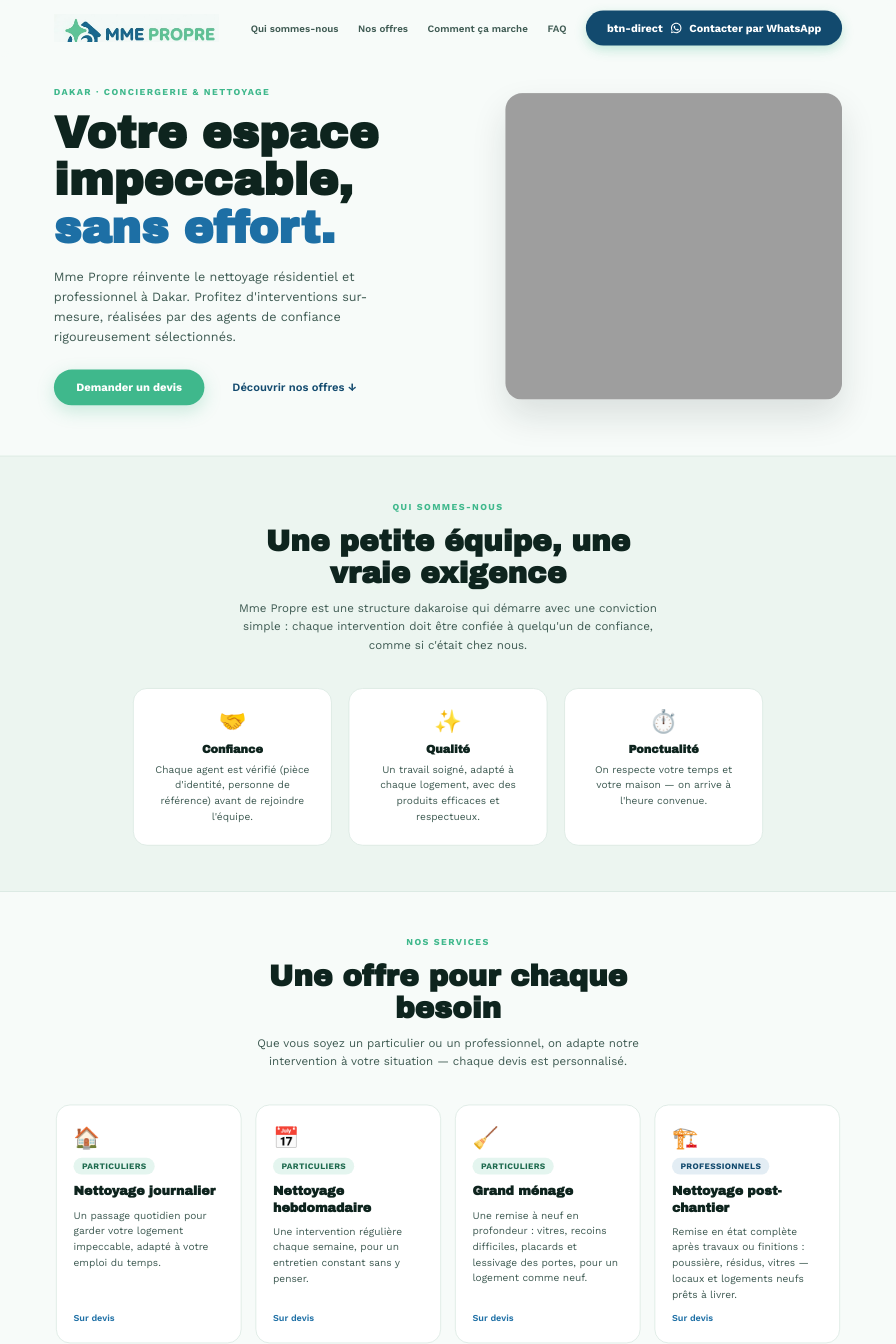
Repository: AntaaaKD/Mme-Propre
Page: index.html
An editor plug-in stored every save of this project. The page is shown before and after a run of saves, followed by the edit.
The browser window is 1280 px wide. The pictures show the part of the page from y = 0 to 1920 px (the page is 4395 px tall), at 70% of full size.
Pictures or frames that could not be fetched are drawn as grey boxes.

Above is the page before, as saved 2026-07-29 00:49:35.

### index.html
<!DOCTYPE html>
<html lang="fr">
<head>
<meta charset="UTF-8">
<meta name="viewport" content="width=device-width, initial-scale=1.0">
<title>Mme Propre — La propreté de votre demeure, en un clic</title>
<meta name="description" content="Nettoyage résidentiel et professionnel à Dakar : particuliers, bureaux, post-chantier. Agents de confiance, devis gratuit sous 24h.">

<!-- Aperçu de lien (WhatsApp, Facebook, etc.) -->
<meta property="og:type" content="website">
<meta property="og:title" content="Mme Propre — La propreté de votre demeure, en un clic">
<meta property="og:description" content="Nettoyage résidentiel et professionnel à Dakar : particuliers, bureaux, post-chantier. Agents de confiance, devis gratuit sous 24h.">
<meta property="og:image" content="https://images.unsplash.com/photo-1758272421751-963195322eaa?w=1200&auto=format&fit=crop&q=80">
<!-- ⚠️ Remplacer par l'URL réelle une fois le site déployé sur Netlify -->
<meta property="og:url" content="https://mme-propre.netlify.app/">
<meta name="twitter:card" content="summary_large_image">
<link rel="icon" type="image/png" href="data:[embedded picture, 38990 characters]">
<link rel="preconnect" href="https://fonts.googleapis.com">
<link rel="preconnect" href="https://fonts.gstatic.com" crossorigin>
<link href="https://fonts.googleapis.com/css2?family=Archivo+Black&family=Work+Sans:wght@400;500;600;700&display=swap" rel="stylesheet">

<!-- Sécurité : Cloudflare Turnstile -->
<script src="https://challenges.cloudflare.com/turnstile/v0/api.js" async defer></script>

<style>
  :root{
    --surface:#F7FBF9;
    --surface-2:#ECF5F0;
    --ink:#0E241E;
    --ink-soft:#3E5A52;
    --blue:#1D6FA5;
    --blue-deep:#124A6E;
    --mint:#3FB88C;
    --lemon:#F2C230;
    --line:#D6E6DE;
    --display:"Archivo Black", sans-serif;
    --body:"Work Sans", sans-serif;
  }
  *{box-sizing:border-box;}
  body{margin:0;padding:0;background:var(--surface);color:var(--ink);font-family:var(--body);}
  a{color:inherit;}
  section{scroll-margin-top:20px;}

  header{
    display:flex;align-items:center;justify-content:space-between;
    padding:15px 6vw;position:sticky;top:0;background:rgba(247,251,249,0.9);
    backdrop-filter:blur(6px);z-index:20;border-bottom:1px solid transparent;
  }
  .logo{display:flex;align-items:center;}
  .logo img{height:40px;width:auto;display:block;}
  nav{display:flex;align-items:center;gap:28px;}
  nav a.nav-link{font-size:14px;font-weight:600;color:var(--ink-soft);text-decoration:none;}
  .header-cta{
    font-size:14px;font-weight:700;color:#fff;background:var(--blue-deep);
    border-radius:999px;padding:11px 22px;text-decoration:none;
    transition:transform .15s ease;
  }
  .header-cta:hover{transform:translateY(-2px);}
  .header-cta-wa{
  display:inline-flex;align-items:center;gap:8px;background:var(--mint);
  box-shadow:0 6px 16px rgba(63,184,140,0.3);
}
.header-cta-wa:hover{box-shadow:0 10px 22px rgba(63,184,140,0.45);}
  @media (max-width:760px){ nav a.nav-link{display:none;} }

  .hero{position:relative;padding:6vh 6vw 10vh;overflow:hidden;}
  .hero-grid{position:relative;z-index:2;display:grid;grid-template-columns:1.1fr 0.9fr;gap:56px;align-items:center;}
  @media (max-width:860px){.hero-grid{grid-template-columns:1fr;gap:40px;} .hero-image{max-height:320px;}}
  .hero-image{position:relative;border-radius:24px;overflow:hidden;box-shadow:0 24px 50px rgba(14,36,30,0.12);aspect-ratio:1.1;}
  .hero-image img{width:100%;height:100%;object-fit:cover;display:block;}
  .eyebrow{font-size:13px;font-weight:700;letter-spacing:2px;text-transform:uppercase;color:var(--mint);margin-bottom:18px;}
  h1{font-family:var(--display);font-size:clamp(36px,5.5vw,64px);line-height:1.05;margin:0 0 22px;max-width:15ch;}
  h1 .accent{color:var(--blue);}
  .hero p.lead{font-size:18px;color:var(--ink-soft);max-width:46ch;line-height:1.6;margin:0 0 32px;}
  .hero-ctas{display:flex;gap:16px;align-items:center;flex-wrap:wrap;}
  .btn-primary{
    background:var(--mint);color:#fff;font-weight:700;padding:16px 32px;
    border-radius:999px;box-shadow:0 8px 24px rgba(63,184,140,0.25);text-decoration:none;
    transition:transform .2s ease, box-shadow .2s ease;
  }
  .btn-primary:hover{transform:translateY(-2px);box-shadow:0 12px 28px rgba(63,184,140,0.4);}
  .btn-secondary{font-weight:600;color:var(--blue-deep);padding:16px 24px;text-decoration:none;}

  .section{padding:9vh 6vw;}
  .section.alt{background:var(--surface-2);border-top:1px solid var(--line);border-bottom:1px solid var(--line);}
  .section-head{max-width:640px;margin:0 auto 48px;text-align:center;}
  .section-head .eyebrow{justify-content:center;display:flex;}
  .section-head h2{font-family:var(--display);font-size:clamp(28px,3.6vw,42px);margin:0 0 14px;}
  .section-head p{color:var(--ink-soft);font-size:16.5px;line-height:1.6;margin:0;}

    /* ---------- Qui sommes-nous / Valeurs ---------- */
  .values-grid{max-width:900px;margin:0 auto;display:grid;grid-template-columns:repeat(3,1fr);gap:24px;}
  @media (max-width:760px){.values-grid{grid-template-columns:1fr;}}
  .value-card{
    background:#fff;border:1.5px solid var(--line);border-radius:20px;padding:28px 24px;
    text-align:center;transition:transform .18s ease, box-shadow .18s ease;
  }
  .value-card:hover{transform:translateY(-4px);box-shadow:0 16px 32px rgba(14,36,30,0.08);}
  .value-icon{font-size:32px;display:block;margin-bottom:12px;}
  .value-card h4{font-family:var(--display);font-size:16px;margin:0 0 10px;}
  .value-card p{color:var(--ink-soft);font-size:14.5px;line-height:1.55;margin:0;}


  .offers{max-width:1120px;margin:0 auto;display:grid;grid-template-columns:repeat(4,1fr);gap:20px;}
  @media (max-width:980px){.offers{grid-template-columns:repeat(2,1fr);}}
  @media (max-width:560px){.offers{grid-template-columns:1fr;}}
  .offer-card{
    background:#fff;border:1.5px solid var(--line);border-radius:20px;padding:28px 24px;
    display:flex;flex-direction:column;gap:12px;transition:transform .18s ease, box-shadow .18s ease;
  }
  .offer-card:hover{transform:translateY(-4px);box-shadow:0 16px 32px rgba(14,36,30,0.08);}
  .offer-card .emoji{font-size:30px;}
  .offer-card h3{font-family:var(--display);font-size:18px;margin:0;line-height:1.3;}
  .offer-card p{color:var(--ink-soft);font-size:14.5px;line-height:1.55;margin:0;flex:1;}
  .offer-tag{
    align-self:flex-start;font-size:12px;font-weight:700;letter-spacing:0.5px;text-transform:uppercase;
    padding:5px 12px;border-radius:999px;
  }
  .tag-domicile{background:rgba(63,184,140,0.14);color:#1f6b4f;}
  .tag-pro{background:rgba(29,111,165,0.12);color:var(--blue-deep);}
  .offer-quote{font-size:13px;font-weight:600;color:var(--blue);margin-top:2px;}

  .steps{max-width:900px;margin:0 auto;display:grid;grid-template-columns:repeat(3,1fr);gap:28px;}
  @media (max-width:760px){.steps{grid-template-columns:1fr;}}
  .step{text-align:center;}
  .step-num{
    width:44px;height:44px;border-radius:50%;background:var(--blue-deep);color:#fff;
    display:flex;align-items:center;justify-content:center;font-family:var(--display);font-size:17px;
    margin:0 auto 16px;
  }
  .step h4{font-family:var(--display);font-size:17px;margin:0 0 8px;}
  .step p{color:var(--ink-soft);font-size:14.5px;line-height:1.55;margin:0;}

  .form-wrap{max-width:760px;margin:0 auto;background:#fff;border:1.5px solid var(--line);border-radius:24px;padding:44px 40px;}
  @media (max-width:600px){.form-wrap{padding:32px 22px;}}
  .grid{display:grid;grid-template-columns:1fr 1fr;gap:16px;}
  @media (max-width:680px){.grid{grid-template-columns:1fr;}}
  .field{display:flex;flex-direction:column;gap:6px;}
  .field.full{grid-column:1/-1;}
  label{font-size:13px;font-weight:600;color:var(--ink-soft);}
  input,select,textarea{
    font-family:var(--body);font-size:15px;border:1.5px solid var(--line);border-radius:12px;
    padding:13px 15px;background:#fff;color:var(--ink);outline:none;transition:border-color .18s ease;
  }
  input:focus,select:focus,textarea:focus{border-color:var(--blue);}
  textarea{resize:vertical;min-height:90px;}

  .security-row { margin-top: 10px; display: flex; justify-content: center; width: 100%; }

  .submit-row{margin-top:20px;display:flex;align-items:center;gap:16px;flex-wrap:wrap;}
  .btn-whatsapp{
    display:inline-flex;align-items:center;gap:10px;background:var(--mint);color:#fff;border:none;
    border-radius:999px;padding:15px 26px;font-family:var(--body);font-weight:700;font-size:15px;cursor:pointer;
    transition:transform .15s ease, box-shadow .15s ease;
  }
  .btn-whatsapp:hover{transform:translateY(-2px);box-shadow:0 8px 22px rgba(63,184,140,0.35);}
  .btn-whatsapp:disabled{opacity:0.6;cursor:not-allowed;transform:none;}
  .btn-whatsapp-outline{
    display:inline-flex;align-items:center;gap:10px;background:#fff;color:var(--ink);border:1.5px solid var(--line);
    border-radius:999px;padding:14px 24px;font-family:var(--body);font-weight:700;font-size:14.5px;cursor:pointer;
    transition:transform .15s ease, border-color .15s ease;
  }
  .btn-whatsapp-outline:hover{transform:translateY(-2px);border-color:var(--mint);}
  .hint{font-size:13px;color:var(--ink-soft);}
  .privacy-note{font-size:12.5px;color:var(--ink-soft);margin-top:10px;line-height:1.5;}
  .hp-field{position:absolute;left:-9999px;top:-9999px;height:0;width:0;overflow:hidden;}

  .direct{padding:8vh 6vw;text-align:center;}

  /* ---------- FAQ ---------- */
  .faq-list{max-width:760px;margin:0 auto;display:flex;flex-direction:column;gap:14px;}
  .faq-item{
    background:#fff;border:1.5px solid var(--line);border-radius:16px;
    padding:6px 22px;transition:border-color .18s ease;
  }
  .faq-item[open]{border-color:var(--mint);}
  .faq-item summary{
    padding:16px 0;font-family:var(--display);font-size:15.5px;cursor:pointer;
    list-style:none;display:flex;align-items:center;justify-content:space-between;gap:16px;color:var(--ink);
  }
  .faq-item summary::-webkit-details-marker{display:none;}
  .faq-item summary::after{
    content:"+";font-family:var(--body);font-size:22px;font-weight:400;color:var(--mint);flex-shrink:0;
    transition:transform .2s ease;
  }
  .faq-item[open] summary::after{transform:rotate(45deg);}
  .faq-item p{color:var(--ink-soft);font-size:14.5px;line-height:1.6;margin:0 0 18px;}
  .direct h3{font-family:var(--display);font-size:clamp(22px,3vw,30px);margin:0 0 12px;}
  .direct p{color:var(--ink-soft);margin:0 0 26px;font-size:16px;}
  .btn-direct{
    display:inline-flex;align-items:center;gap:10px;
    background:var(--blue-deep);color:#fff;border:none;border-radius:999px;
    padding:16px 30px;font-family:var(--body);font-weight:700;font-size:15.5px;text-decoration:none;
    transition:transform .15s ease;
  }
  .btn-direct:hover{transform:translateY(-2px);}

  footer{padding:26px 6vw;border-top:1px solid var(--line);font-size:13px;color:var(--ink-soft);display:flex;justify-content:space-between;flex-wrap:wrap;gap:10px;}
</style>
</head>
<body>

<header>
  <div class="logo"><img src="data:[embedded picture, 79982 characters]" alt="Mme Propre"></div>
    <nav>
    <a class="nav-link" href="#apropos">Qui sommes-nous</a>
    <a class="nav-link" href="#offres">Nos offres</a>
    <a class="nav-link" href="#comment">Comment ça marche</a>
    <a class="nav-link" href="#faq">FAQ</a>
    <a class=" btn-direct header-cta header-cta-wa" id="header-wa-btn" href="#" target="_blank" rel="noopener">
      btn-direct
  <svg viewBox="0 0 24 24" width="18" height="18" fill="currentColor" aria-hidden="true">
    <path d="M12 2C6.48 2 2 6.48 2 12c0 1.85.5 3.58 1.38 5.07L2 22l5.11-1.34A9.94 9.94 0 0 0 12 22c5.52 0 10-4.48 10-10S17.52 2 12 2zm0 18c-1.63 0-3.16-.44-4.48-1.21l-.32-.19-3.03.79.81-2.95-.21-.31A7.94 7.94 0 0 1 4 12c0-4.41 3.59-8 8-8s8 3.59 8 8-3.59 8-8 8zm4.36-5.86c-.24-.12-1.42-.7-1.64-.78-.22-.08-.38-.12-.54.12-.16.24-.62.78-.76.94-.14.16-.28.18-.52.06-.24-.12-1.01-.37-1.92-1.19-.71-.63-1.19-1.41-1.33-1.65-.14-.24-.01-.37.11-.49.11-.11.24-.28.36-.42.12-.14.16-.24.24-.4.08-.16.04-.3-.02-.42-.06-.12-.54-1.3-.74-1.78-.19-.46-.39-.4-.54-.4-.14 0-.3-.02-.46-.02s-.42.06-.64.3c-.22.24-.84.82-.84 2s.86 2.32.98 2.48c.12.16 1.7 2.6 4.12 3.64.58.25 1.03.4 1.38.51.58.18 1.11.16 1.53.1.47-.07 1.42-.58 1.62-1.14.2-.56.2-1.04.14-1.14-.06-.1-.22-.16-.46-.28z"/>
  </svg>
  <span>Contacter par WhatsApp</span>
</a>
  </nav>
</header>

<section class="hero">
  <div class="hero-grid">
    <div>
      <div class="eyebrow">Dakar · Conciergerie & Nettoyage</div>
      <h1>Votre espace impeccable, <span class="accent">sans effort.</span></h1>
      <p class="lead">Mme Propre réinvente le nettoyage résidentiel et professionnel à Dakar. Profitez d'interventions sur-mesure, réalisées par des agents de confiance rigoureusement sélectionnés.</p>
      <div class="hero-ctas">
        <a href="#devis" class="btn-primary">Demander un devis</a>
        <a href="#offres" class="btn-secondary">Découvrir nos offres ↓</a>
      </div>
    </div>
    <div class="hero-image">
      <img src="https://african.land/oc-content/plugins/blog/img/blog/328.jpg" alt="Nettoyage professionnel de maison à Dakar">

    </div>
  </div>
</section>



<!-- ============ NOUVELLE SECTION : QUI SOMMES-NOUS ============ -->
<section class="section alt" id="apropos">
  <div class="section-head">
    <div class="eyebrow">Qui sommes-nous</div>
    <h2>Une petite équipe, une vraie exigence</h2>
    <p>Mme Propre est une structure dakaroise qui démarre avec une conviction simple : chaque intervention doit être confiée à quelqu'un de confiance, comme si c'était chez nous.</p>
  </div>
  <div class="values-grid">
    <div class="value-card">
      <span class="value-icon">🤝</span>
      <h4>Confiance</h4>
      <p>Chaque agent est vérifié (pièce d'identité, personne de référence) avant de rejoindre l'équipe.</p>
    </div>
    <div class="value-card">
      <span class="value-icon">✨</span>
      <h4>Qualité</h4>
      <p>Un travail soigné, adapté à chaque logement, avec des produits efficaces et respectueux.</p>
    </div>
    <div class="value-card">
      <span class="value-icon">⏱️</span>
      <h4>Ponctualité</h4>
      <p>On respecte votre temps et votre maison — on arrive à l'heure convenue.</p>
    </div>
  </div>
</section>
<!-- ============ FIN NOUVELLE SECTION ============ -->

<section class="section" id="offres">
  <div class="section-head">
    <div class="eyebrow">Nos services</div>
    <h2>Une offre pour chaque besoin</h2>
    <p>Que vous soyez un particulier ou un professionnel, on adapte notre intervention à votre situation — chaque devis est personnalisé.</p>
  </div>
  <div class="offers">
    <div class="offer-card">
      <span class="emoji">🏠</span>
      <span class="offer-tag tag-domicile">Particuliers</span>
      <h3>Nettoyage journalier</h3>
      <p>Un passage quotidien pour garder votre logement impeccable, adapté à votre emploi du temps.</p>
      <span class="offer-quote">Sur devis</span>
    </div>
    <div class="offer-card">
      <span class="emoji">📅</span>
      <span class="offer-tag tag-domicile">Particuliers</span>
      <h3>Nettoyage hebdomadaire</h3>
      <p>Une intervention régulière chaque semaine, pour un entretien constant sans y penser.</p>
      <span class="offer-quote">Sur devis</span>
    </div>
    <div class="offer-card">
      <span class="emoji">🧹</span>
      <span class="offer-tag tag-domicile">Particuliers</span>
      <h3>Grand ménage</h3>
      <p>Une remise à neuf en profondeur : vitres, recoins difficiles, placards et lessivage des portes, pour un logement comme neuf.</p>
      <span class="offer-quote">Sur devis</span>
    </div>
    <div class="offer-card">
      <span class="emoji">🏗️</span>
      <span class="offer-tag tag-pro">Professionnels</span>
      <h3>Nettoyage post-chantier</h3>
      <p>Remise en état complète après travaux ou finitions : poussière, résidus, vitres — locaux et logements neufs prêts à livrer.</p>
      <span class="offer-quote">Sur devis</span>
    </div>
  </div>
</section>

<section class="section alt" id="comment">
  <div class="section-head">
    <div class="eyebrow">Simple et rapide</div>
    <h2>Comment ça marche</h2>
  </div>
  <div class="steps">
    <div class="step">
      <div class="step-num">1</div>
      <h4>Vous nous contactez</h4>
      <p>Décrivez votre besoin via le formulaire ou directement sur WhatsApp : type de bien, surface, fréquence souhaitée.</p>
    </div>
    <div class="step">
      <div class="step-num">2</div>
      <h4>On évalue ensemble</h4>
      <p>Selon la situation, on échange par téléphone et on organise une visite pour établir un devis précis et adapté.</p>
    </div>
    <div class="step">
      <div class="step-num">3</div>
      <h4>Intervention programmée</h4>
      <p>Une fois le devis validé, on planifie l'intervention à la date qui vous convient le mieux.</p>
    </div>
  </div>
</section>

<section class="section" id="faq">
  <div class="section-head">
    <div class="eyebrow">Questions fréquentes</div>
    <h2>Ce que vous vous demandez peut-être</h2>
  </div>
  <div class="faq-list">
    <details class="faq-item">
      <summary>Comment sélectionnez-vous vos agents de nettoyage ?</summary>
      <p>Chaque candidat passe par une vérification d'identité (pièce d'identité) et fournit une personne de référence avant de rejoindre l'équipe. On reste une petite structure qui démarre, donc chaque profil est validé personnellement plutôt que via un processus automatisé.</p>
    </details>
    <details class="faq-item">
      <summary>Dois-je être présent(e) pendant l'intervention ?</summary>
      <p>Ce n'est pas obligatoire, mais c'est recommandé pour la toute première intervention afin de valider ensemble vos attentes et l'accès au logement. Pour les interventions suivantes, on s'organise selon ce qui vous convient le mieux.</p>
    </details>
    <details class="faq-item">
      <summary>Comment se passe le paiement ?</summary>
      <p>Les modalités (montant, moyen de paiement, fréquence) sont fixées ensemble au moment du devis, avant toute intervention — vous savez exactement à quoi vous attendre dès le départ.</p>
    </details>
    <details class="faq-item">
      <summary>Que se passe-t-il si je ne suis pas satisfait(e) ?</summary>
      <p>Contactez-nous directement — on préfère de loin ajuster le service avec vous plutôt que de laisser un problème sans réponse.</p>
    </details>
    <details class="faq-item">
      <summary>Travaillez-vous aussi avec les professionnels de l'immobilier et du bâtiment ?</summary>
      <p>Oui — nettoyage post-chantier, remise en état de logements neufs ou de locaux avant livraison. Contactez-nous pour discuter de vos besoins, ponctuels ou récurrents.</p>
    </details>
  </div>
</section>

<section class="section" id="devis">
  <div class="section-head">
    <div class="eyebrow">Demande de devis</div>
    <h2>Parlez-nous de votre projet</h2>
    <p>Particulier ou professionnel, remplissez ce formulaire — on revient vers vous rapidement avec une proposition adaptée.</p>
  </div>

  <div class="form-wrap">
    <div class="grid">
      <div class="field"><label for="d-nom">Nom complet</label><input id="d-nom" type="text" required maxlength="80" autocomplete="name" placeholder="Ex : Awa Diagne"></div>
      <div class="field"><label for="d-tel">Numéro de téléphone</label><input id="d-tel" type="tel" required maxlength="25" autocomplete="tel" inputmode="tel" pattern="^[0-9+ ]{7,25}$" placeholder="77 000 00 00"></div>
      <div class="field">
        <label for="d-type">Vous êtes</label>
        <select id="d-type">
          <option value="Particulier — Domicile">Particulier — nettoyage domicile</option>
          <option value="Pro — Post-chantier">Professionnel — nettoyage post-chantier</option>
          <option value="Pro — Bureaux/Locaux">Professionnel — bureaux / locaux</option>
          <option value="Autre">Autre</option>
        </select>
      </div>
      <div class="field"><label for="d-zone">Quartier / zone</label><input id="d-zone" type="text" placeholder="Ex : Sacré-Cœur, Dakar" maxlength="100"></div>
      <div class="field full"><label for="d-surface">Surface ou taille approximative (si connue)</label><input id="d-surface" type="text" placeholder="Ex : Appartement 3 pièces, ou 200 m²" maxlength="100"></div>
      <div class="field full">
        <label for="d-msg">Décrivez votre besoin</label>
        <textarea id="d-msg" maxlength="1000" placeholder="Ex : Nettoyage de fin de chantier pour un immeuble de 4 appartements..."></textarea>
      </div>

      <!-- Champ piège anti-bot : invisible pour un humain, souvent rempli par les robots -->
      <div class="field full hp-field" aria-hidden="true">
        <label for="d-site">Laisser ce champ vide</label>
        <input id="d-site" type="text" tabindex="-1" autocomplete="off">
      </div>

      <div class="field full security-row">
        <div class="cf-turnstile" data-sitekey="0x4AAAAAAD6Cu6YosposxSZD"></div>
      </div>
    </div>

    <div class="submit-row">
      <button class="btn-whatsapp" id="submit-btn">Envoyer ma demande</button>
      <button class="btn-whatsapp-outline" id="wa-direct-btn">Ou nous écrire sur WhatsApp</button>
    </div>
    <div class="hint" id="submit-status" style="margin-top:14px;">On vous répond généralement sous 24h.</div>
    <p class="privacy-note">En envoyant ce formulaire, vous acceptez que Mme Propre conserve ces informations pour vous recontacter au sujet de votre demande. Elles ne sont ni revendues, ni partagées avec des tiers.</p>
  </div>
</section>

<section class="direct">
  <h3>Une question avant de remplir le formulaire ?</h3>
  <p>Écrivez-nous directement, on répond vite.</p>
  <a class="btn-direct" id="direct-wa" href="#" target="_blank" rel="noopener">Contacter Mme Propre sur WhatsApp</a>
</section>

<footer>
  <span>Mme Propre — Dakar, Sénégal</span>
  <a class="footer-phone" href="tel:+221775730664">
    <svg viewBox="0 0 24 24" width="16" height="16" fill="currentColor" aria-hidden="true">
      <path d="M6.62 10.79a15.05 15.05 0 0 0 6.59 6.59l2.2-2.2a1 1 0 0 1 1.02-.24 11.36 11.36 0 0 0 3.57.57 1 1 0 0 1 1 1V20a1 1 0 0 1-1 1A17 17 0 0 1 3 4a1 1 0 0 1 1-1h3.5a1 1 0 0 1 1 1 11.36 11.36 0 0 0 .57 3.57 1 1 0 0 1-.25 1.02l-2.2 2.2z"/>
    </svg>
    <span>+221 77 573 06 64</span>
  </a>
  <span>Nettoyage résidentiel & professionnel</span>
</footer>
<script src="script.js"></script>

</body>
</html>

Loaded but not shown: script.js (105 lines, source omitted)

After the next 3 saves:
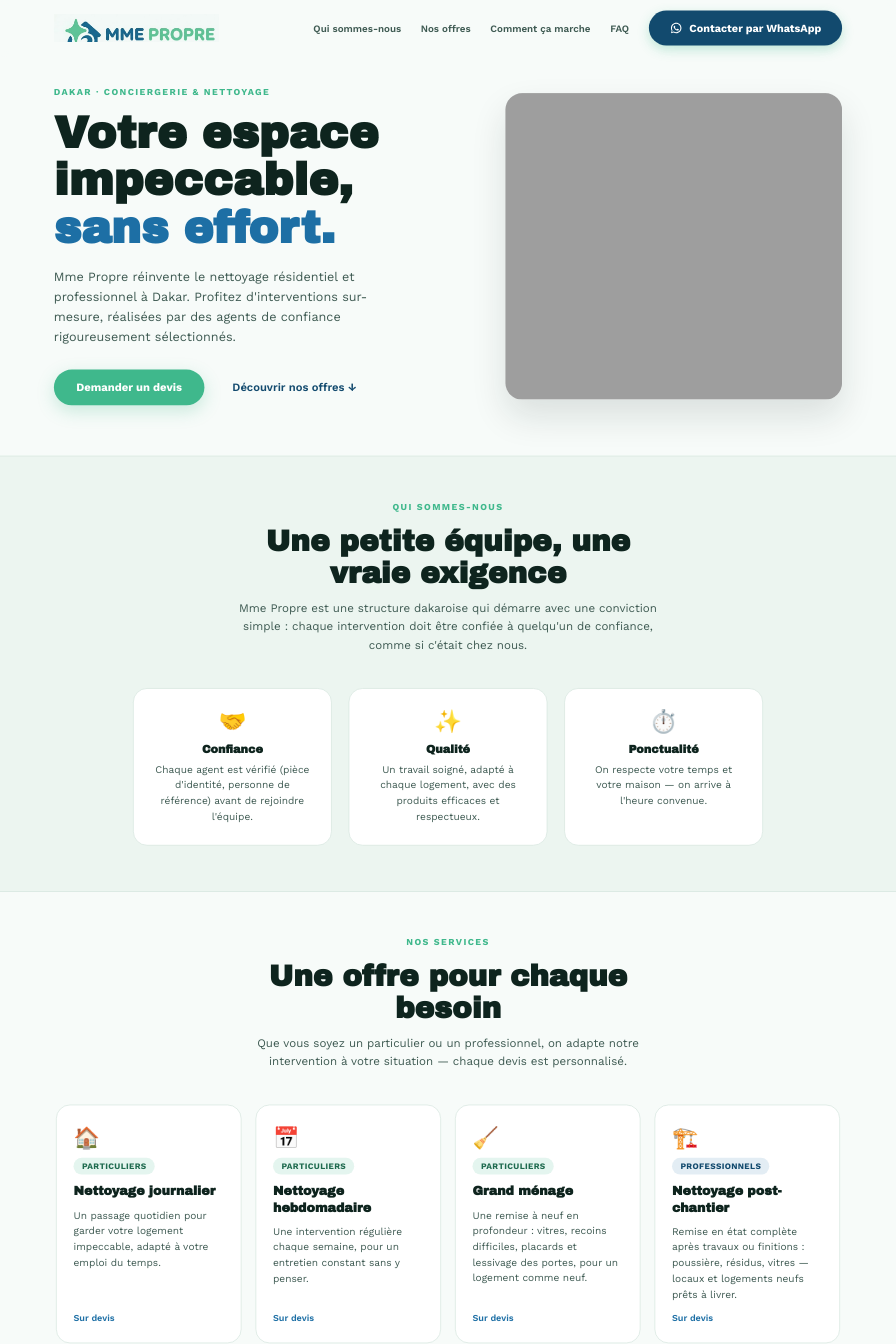
The 3 saves are shown as one change because they came seconds apart.
The last was saved 6 s later.
--- a/index.html
+++ b/index.html
@@ -208,7 +208,6 @@
     <a class="nav-link" href="#comment">Comment ça marche</a>
     <a class="nav-link" href="#faq">FAQ</a>
     <a class=" btn-direct header-cta header-cta-wa" id="header-wa-btn" href="#" target="_blank" rel="noopener">
-      btn-direct
   <svg viewBox="0 0 24 24" width="18" height="18" fill="currentColor" aria-hidden="true">
     <path d="M12 2C6.48 2 2 6.48 2 12c0 1.85.5 3.58 1.38 5.07L2 22l5.11-1.34A9.94 9.94 0 0 0 12 22c5.52 0 10-4.48 10-10S17.52 2 12 2zm0 18c-1.63 0-3.16-.44-4.48-1.21l-.32-.19-3.03.79.81-2.95-.21-.31A7.94 7.94 0 0 1 4 12c0-4.41 3.59-8 8-8s8 3.59 8 8-3.59 8-8 8zm4.36-5.86c-.24-.12-1.42-.7-1.64-.78-.22-.08-.38-.12-.54.12-.16.24-.62.78-.76.94-.14.16-.28.18-.52.06-.24-.12-1.01-.37-1.92-1.19-.71-.63-1.19-1.41-1.33-1.65-.14-.24-.01-.37.11-.49.11-.11.24-.28.36-.42.12-.14.16-.24.24-.4.08-.16.04-.3-.02-.42-.06-.12-.54-1.3-.74-1.78-.19-.46-.39-.4-.54-.4-.14 0-.3-.02-.46-.02s-.42.06-.64.3c-.22.24-.84.82-.84 2s.86 2.32.98 2.48c.12.16 1.7 2.6 4.12 3.64.58.25 1.03.4 1.38.51.58.18 1.11.16 1.53.1.47-.07 1.42-.58 1.62-1.14.2-.56.2-1.04.14-1.14-.06-.1-.22-.16-.46-.28z"/>
   </svg>
